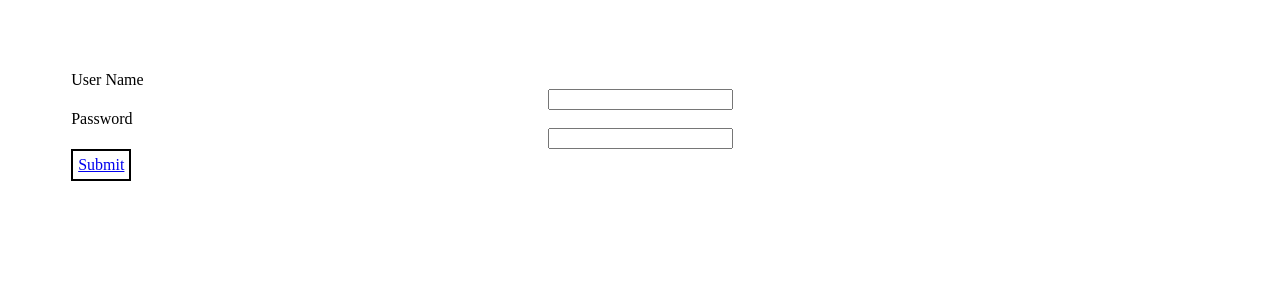
Repository: Nitin-Kalshetty/Training_Java
Page: myServletApp/src/main/webapp/index.html
These files come from the project's save history. The page is drawn as it stood at one moment and after the next save; the edit follows.
The browser window is 1280 px wide. The pictures show the whole page.

Above is the page before, as saved 2023-05-24 18:43:06.

### myServletApp/src/main/webapp/index.html
<!DOCTYPE html>
<html>
<head>
<meta charset="UTF-8">
<title>Insert title here</title>
</head>
<style>
.styleBlock{
	display:block;
	margin : auto;
}
#btn{
	border:2px solid black;
	display:inline-block;
	padding:5px;
}
.divId{
	padding:5%;
	margin:auto;
}

</style>
<body>
<div class="divId">
<label class="styleBlock">User Name</label>
<input class="styleBlock"></input>
<label class="styleBlock">Password</label>
<input class="styleBlock"></input>
<a class="styleBlock" id="btn" href="myNewServlet">Submit</a>
</div>


</body>
</html>

After the next save:
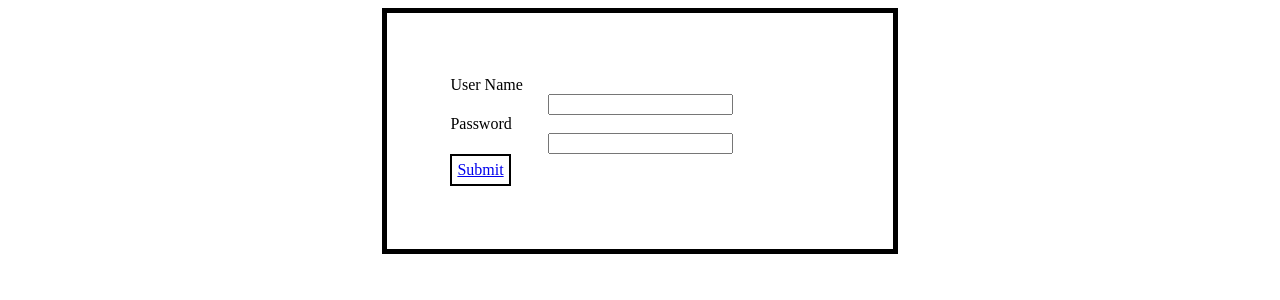
Saved 50 s later.
--- a/myServletApp/src/main/webapp/index.html
+++ b/myServletApp/src/main/webapp/index.html
@@ -15,6 +15,8 @@
 	padding:5px;
 }
 .divId{
+	width:30%;
+	border:5px solid black;
 	padding:5%;
 	margin:auto;
 }
